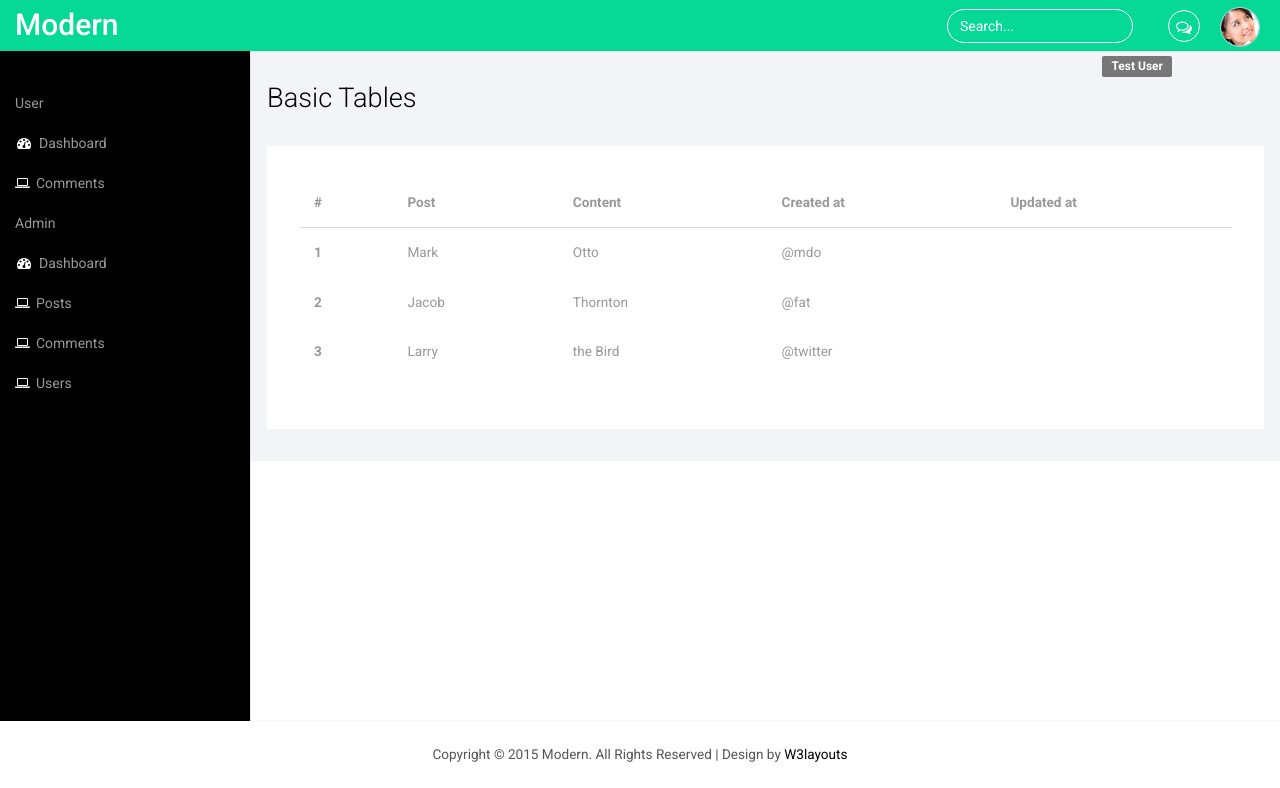
Repository: NomanMustafa/laravel-blog
Page: http://localhost/user/comments
An editor plug-in stored every save of this project. The page is shown before and after the next save, followed by the edit.
The browser window is 1280 px wide. The pictures show the whole page.
The page is served by the project's Laravel application, run on PHP 8.4 with Laravel 8. A made-up administrator, Test User (test@example.com), is signed in.

Above is the page before, as saved 2020-07-06 14:49:16.

After the next save:
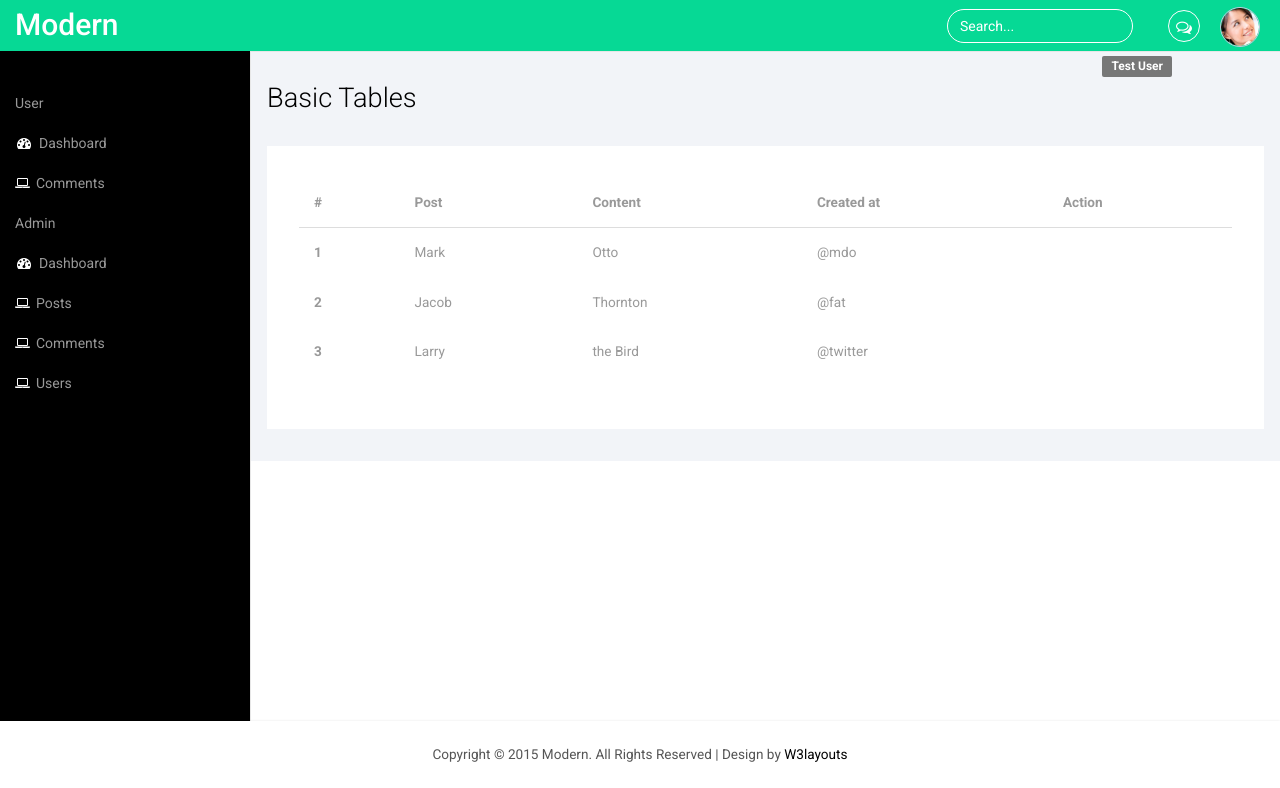
Saved 30 s later.
--- a/resources/views/user/comments.blade.php
+++ b/resources/views/user/comments.blade.php
@@ -12,7 +12,7 @@
           <th>Post</th>
           <th>Content</th>
           <th>Created at</th>
-          <th>Updated at</th>
+          <th>Action</th>
         </tr>
       </thead>
       <tbody>
